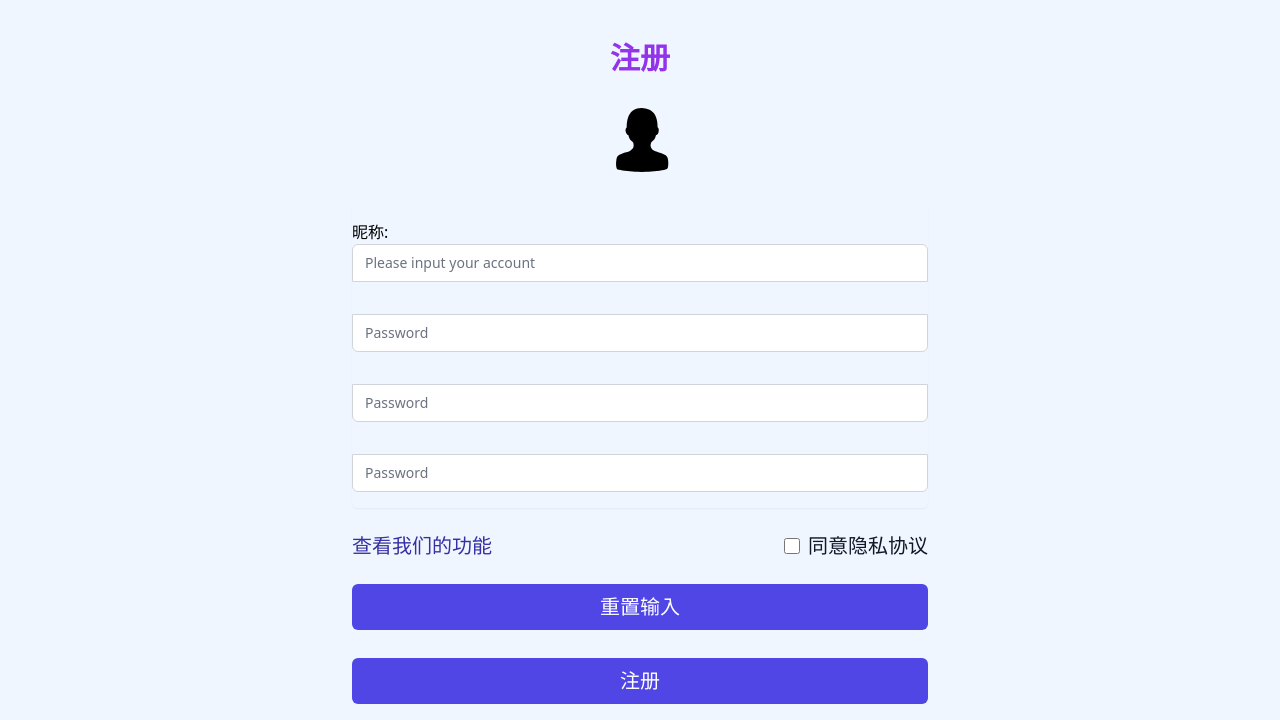
Repository: LiuRuohui/test_the_tailwindcss
Page: /
The author's editor kept a copy of each file at every save. The page is drawn from the files as they stood at one save, then again after the next save.
The browser window is 1280 px wide. The pictures show the whole page.
The project was rebuilt for these pictures with package versions that can differ from the ones it lists, and the page was loaded fresh each time. Also part of the build but not shown: vite.config.js, src/components/WelcomingPage.vue.

Above is the page before, as saved 2022-03-03 11:07:10.

After the next save:
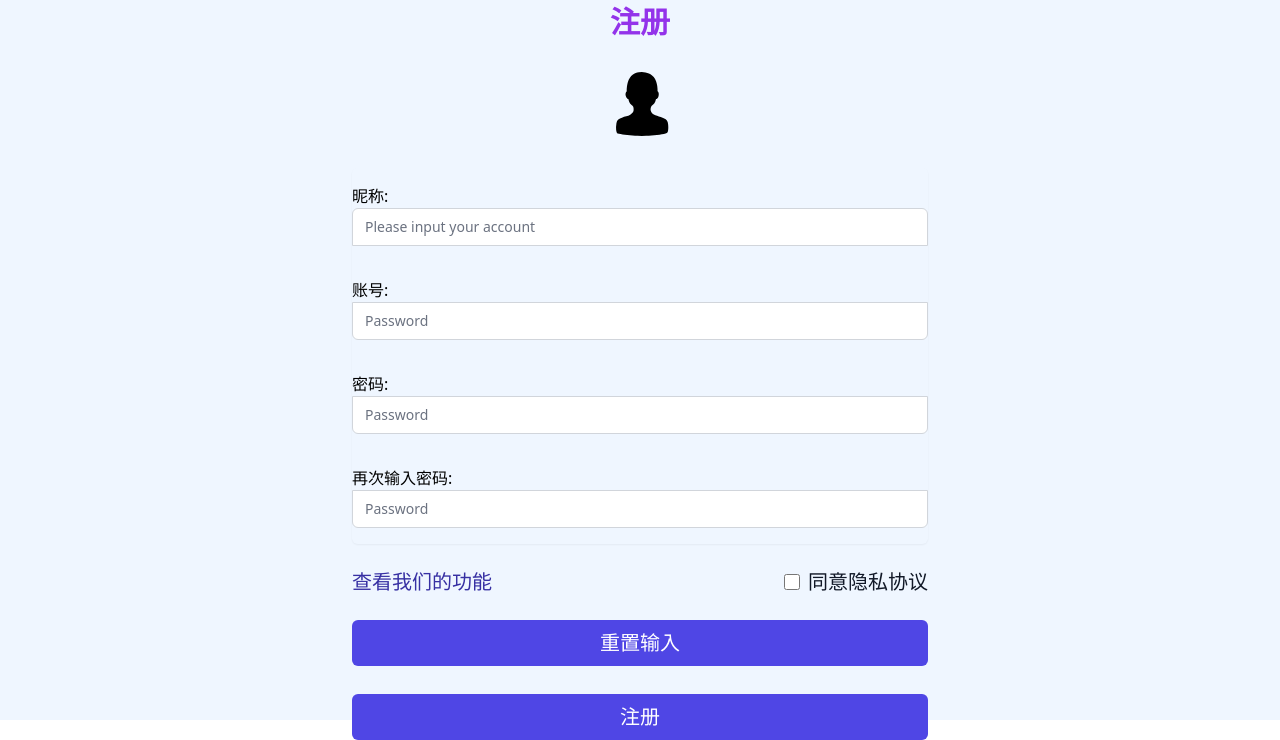
Saved 20 s later.
--- a/src/components/RegisterPage.vue
+++ b/src/components/RegisterPage.vue
@@ -14,15 +14,15 @@
           <input id="email-address" name="email" type="email" autocomplete="email" required class="appearance-none rounded-none relative block w-full px-3 py-2 border border-gray-300 placeholder-gray-500 text-gray-900 rounded-t-md focus:outline-none focus:ring-indigo-500 focus:border-indigo-500 focus:z-10 sm:text-sm" placeholder="Please input your account">
         </div>
         <div class="py-4">
-          <label for="password" class="sr-only">账号:</label>
+          <label for="password">账号:</label>
           <input id="password" name="password" type="password" autocomplete="current-password" required class="appearance-none rounded-none relative block w-full px-3 py-2 border border-gray-300 placeholder-gray-500 text-gray-900 rounded-b-md focus:outline-none focus:ring-indigo-500 focus:border-indigo-500 focus:z-10 sm:text-sm" placeholder="Password">
         </div>
         <div class="py-4">
-          <label for="password" class="sr-only">密码:</label>
+          <label for="password">密码:</label>
           <input id="password" name="password" type="password" autocomplete="current-password" required class="appearance-none rounded-none relative block w-full px-3 py-2 border border-gray-300 placeholder-gray-500 text-gray-900 rounded-b-md focus:outline-none focus:ring-indigo-500 focus:border-indigo-500 focus:z-10 sm:text-sm" placeholder="Password">
         </div>
         <div class="py-4">
-          <label for="password" class="sr-only">再次输入密码:</label>
+          <label for="password">再次输入密码:</label>
           <input id="password" name="password" type="password" autocomplete="current-password" required class="appearance-none rounded-none relative block w-full px-3 py-2 border border-gray-300 placeholder-gray-500 text-gray-900 rounded-b-md focus:outline-none focus:ring-indigo-500 focus:border-indigo-500 focus:z-10 sm:text-sm" placeholder="Password">
         </div>
       </div>
